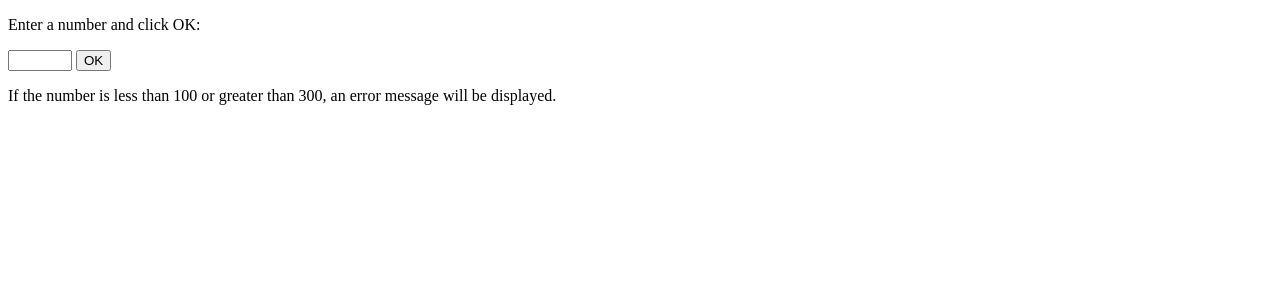
Repository: feefifofannie/SapientNitroTraining
Page: WebProject/Demos/FormDemo.html
The author's editor kept a copy of each file at every save. The page is drawn from the files as they stood at one save, then again after the next save.
The browser window is 1280 px wide. The pictures show the whole page.

Above is the page before, as saved 2015-09-11 05:44:05.
Console error: TypeError: name.fullName is not a function

### WebProject/Demos/FormDemo.html
<!DOCTYPE html>
<html>
<head>

</head>
<body>

<p>Enter a number and click OK:</p>

<input id="id1" type="number" min="100" max="300">
<button onclick="myFunction()">OK</button>

<p>If the number is less than 100 or greater than 300, an error message will be displayed.</p>

<p id="demo"></p>
<script src="code.js"></script>
<script>

var para = document.createElement("p");
var node = document.createTextNode("THis is new");
para.appendChild(node);
var element = document.getElementById("div1");
element.appendChild(para);

function myFunction() {
    var inpObj = document.getElementById("id1");
    if (inpObj.checkValidity() == false) {
        document.getElementById("demo").innerHTML = inpObj.validationMessage;
    } else {
        document.getElementById("demo").innerHTML = "Input OK";
    }
}
</script>

</body>
</html>

### WebProject/Demos/code.js
/**
 *
 */
function access(func){
	func();
}

var employee = {
	firstName: 'Arafath',
	lastName: 'Aboobacker',
	netSalary:function(){
		alert('Total Salary');
	}
};
setInterval(function(){ alert("Does this frustrate you? Let me know in 3..2..1"); }, 30000);
employee.netSalary();
var btnClickRef = document.getElementById('btnClick');

var eventHandler = function() {
	employee.firstName = 'Anil';
	alert(employee.firstName);
	employee.netSalary();
};

function Name(first, last) {
	firstName = first;
	lastName = last;
	fullName = function() {
		return firstName+' '+lastName;
	};
}

name = new Name("Elizabeth", "Myers");
alert(name.fullName());

After the next save:
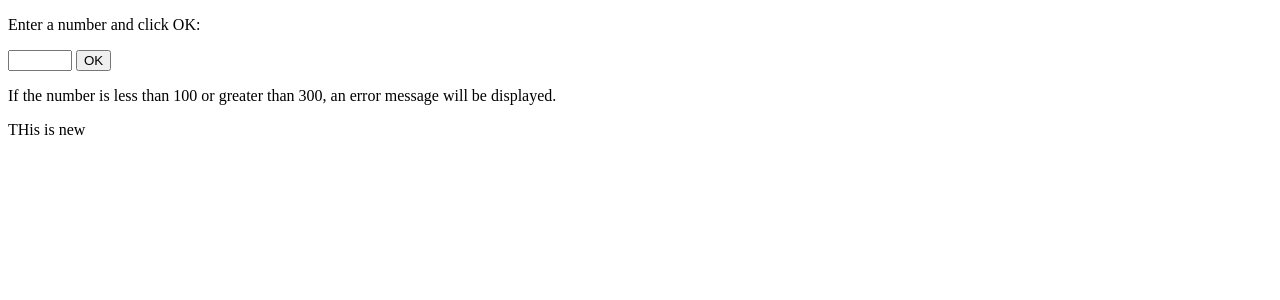
Saved 74 s later.
--- a/WebProject/Demos/FormDemo.html
+++ b/WebProject/Demos/FormDemo.html
@@ -5,6 +5,7 @@
 </head>
 <body>
 
+<div id = "div1">
 <p>Enter a number and click OK:</p>
 
 <input id="id1" type="number" min="100" max="300">
@@ -13,6 +14,7 @@
 <p>If the number is less than 100 or greater than 300, an error message will be displayed.</p>
 
 <p id="demo"></p>
+</div>
 <script src="code.js"></script>
 <script>
 
